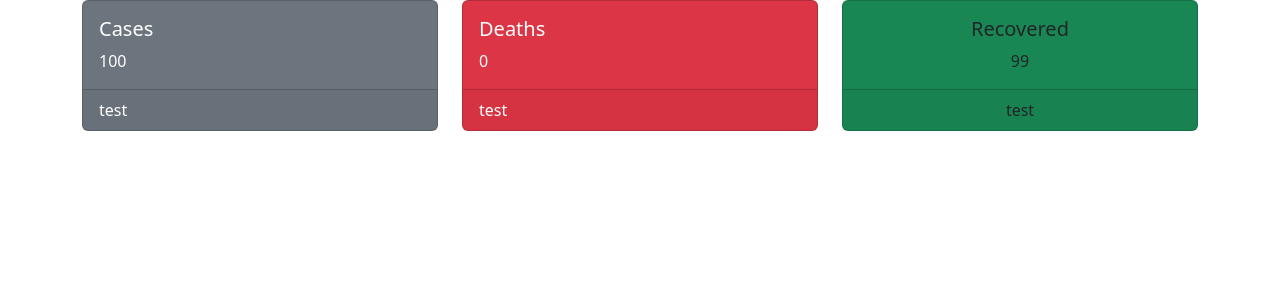
Repository: azizdeghais/CovidTracker
Page: /
An editor plug-in stored every save of this project. The page is shown before and after the next save, followed by the edit.
The browser window is 1280 px wide. The pictures show the whole page.
The project was rebuilt for these pictures with package versions that can differ from the ones it lists, and the page was loaded fresh each time. Also part of the build but not shown: vite.config.js.

Above is the page before, as saved 2023-03-09 15:50:57.

After the next save:
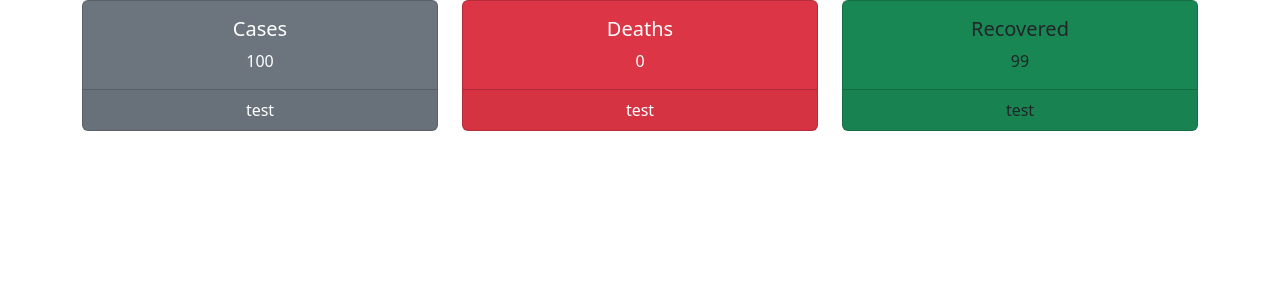
Saved 11 s later.
--- a/src/App.jsx
+++ b/src/App.jsx
@@ -16,7 +16,7 @@ function App() {
     <Container>
       <Row >
         <Col>
-          <Card bg='secondary' text='white' >
+          <Card className='text-center' bg='secondary' text='white' >
             <Card.Body>
               <Card.Title>Cases</Card.Title>
               <Card.Text>
@@ -29,7 +29,7 @@ function App() {
           </Card>
         </Col>
         <Col>
-          <Card bg='danger' text='white' >
+          <Card className='text-center' bg='danger' text='white' >
             <Card.Body>
               <Card.Title>Deaths</Card.Title>
               <Card.Text>
